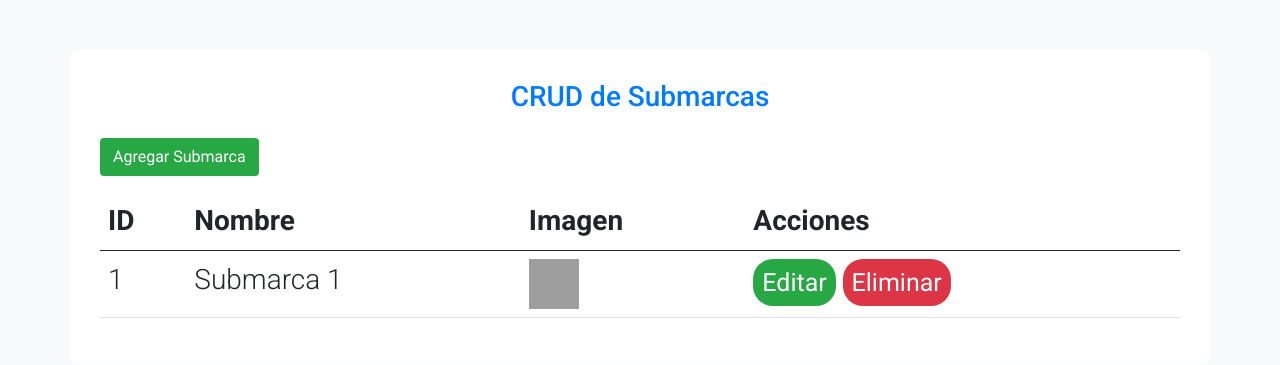
Repository: Yaqode/front-fama
Page: http://localhost/multimedia/Views/marcas.php
These files come from the project's save history. The page is drawn as it stood at one moment and after a run of saves; the edit follows.
The browser window is 1280 px wide. The pictures show the whole page.
Pictures or frames that could not be fetched are drawn as grey boxes. The page is run by PHP 8.4 with error messages shown; the project is at /var/www/html/.

Above is the page before, as saved 2023-12-06 21:23:42.

After the next 2 saves:
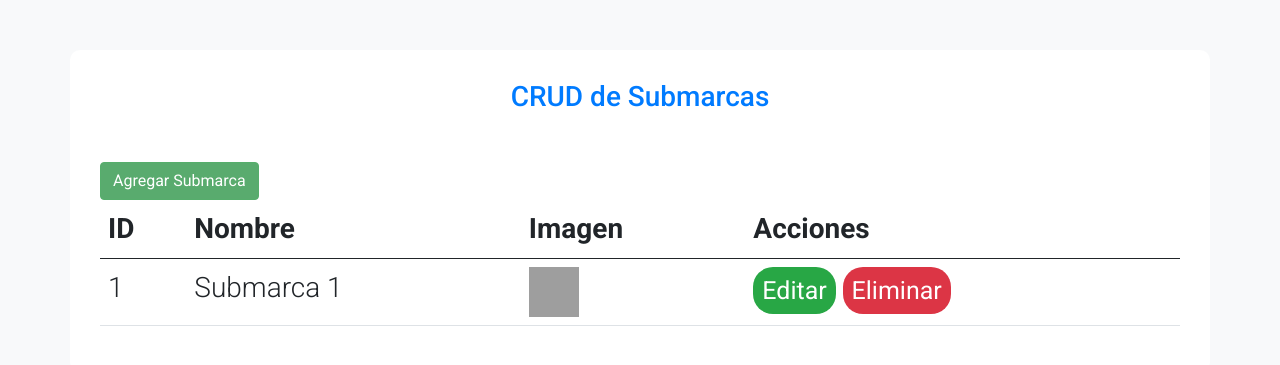
The 2 saves are shown as one change because they came seconds apart.
The last was saved 5 min 10 s later.
--- a/Views/marcas.php
+++ b/Views/marcas.php
@@ -67,8 +67,9 @@
         <h2 class="mb-4">CRUD de Submarcas</h2>
 
         <!-- Botón para abrir el modal de agregar submarca -->
-        <button type="button" class="btn btn-agregar mb-3" data-toggle="modal" data-target="#modalAgregarSubmarca">
-            Agregar Submarca
+        <button type="button" class="btn btn-success text-white mt-4" data-bs-toggle="modal"
+                data-bs-target="#modalSubmarca">
+                Agregar Submarca
         </button>
 
         <!-- Tabla para mostrar las submarcas -->
